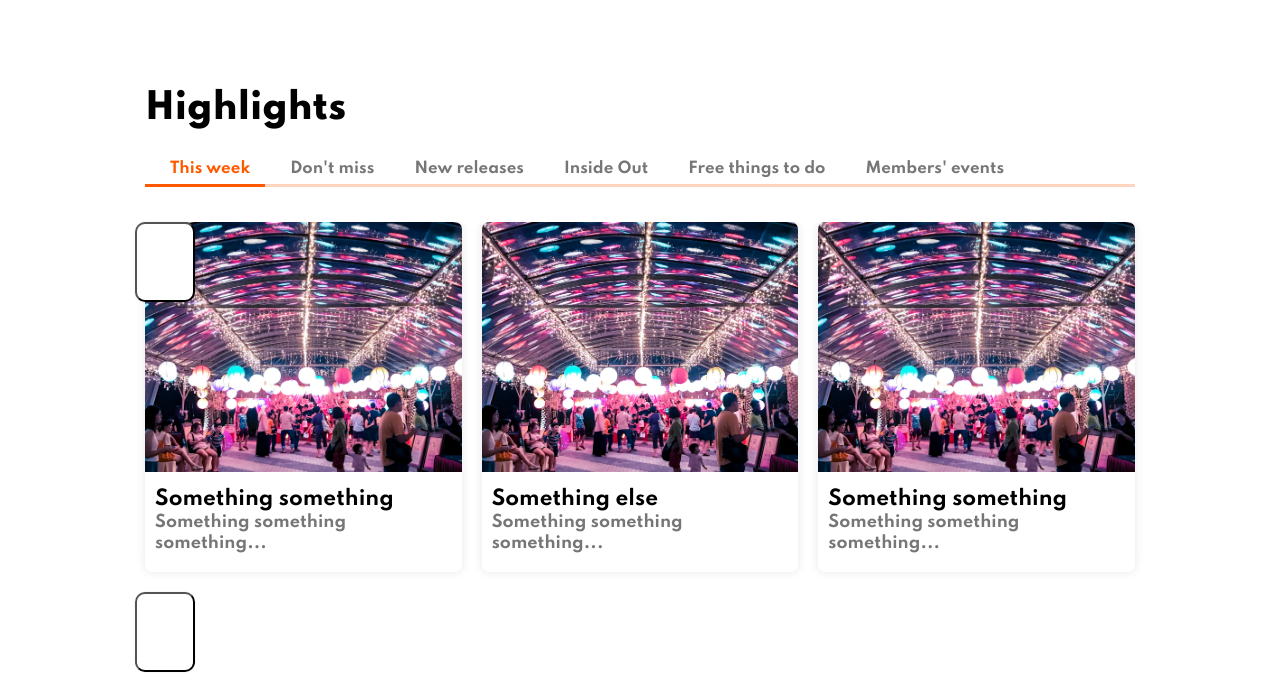
Repository: vvogt/fameworks_vv
Page: /
An editor plug-in stored every save of this project. The page is shown before and after a run of saves, followed by the edit.
The browser window is 1280 px wide. The pictures show the part of the page from y = 607 to 1299 px (the page is 2172 px tall before and 2500 px after).
Pictures or frames that could not be fetched are drawn as grey boxes. Backgrounds fixed to the window are drawn as part of the page. The project was rebuilt for these pictures with package versions that can differ from the ones it lists, and the page was loaded fresh each time. Also part of the build but not shown: src/components/NotFound.js. Imported but missing from the stored project, and not drawn on this page: src/assets/videos/seald_fullhd.mp4.

Above is the page before, as saved 2020-04-27 16:50:59.

After the next 2 saves:
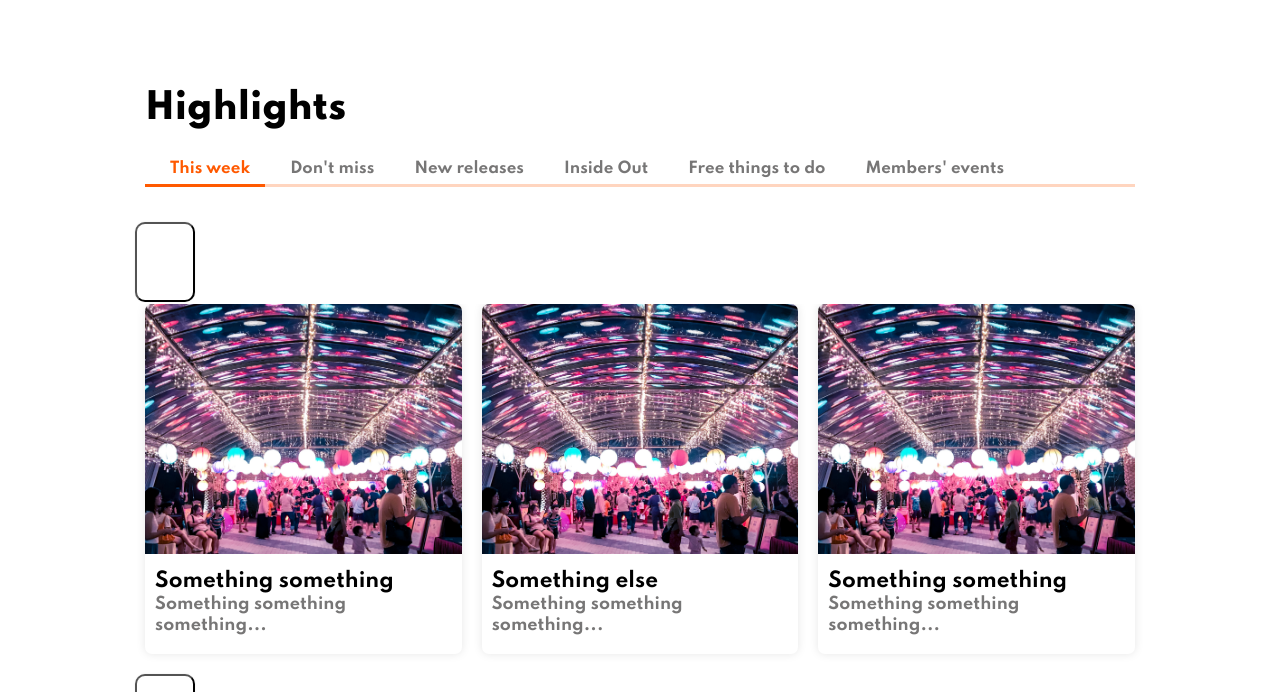
The 2 saves are shown as one change because they came seconds apart.
The last was saved 96 s later.
--- a/src/scss/_components.section.scss
+++ b/src/scss/_components.section.scss
@@ -14,8 +14,7 @@
       border-radius: 10px;
       background-color: $white;
       box-shadow: 0 0 2px 0 rgba(0,0,0,0.1);
-      position: absolute;
-      float: left;
+      position: relative;
    }
 
    .arrow .left {
